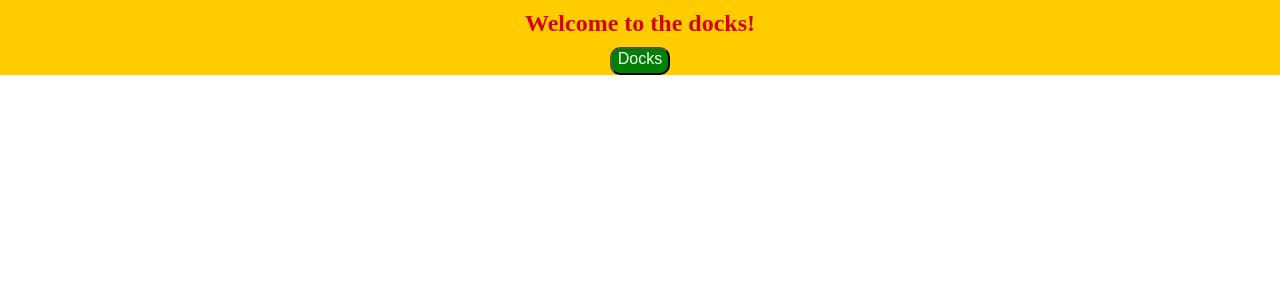
Repository: charliejp0311/java-final-proj
Page: dockWalk-frontend/index.html
An editor plug-in stored every save of this project. The page is shown before and after the next save, followed by the edit.
The browser window is 1280 px wide. The pictures show the whole page.
The page's requests for data from a server got no answer.

Above is the page before, as saved 2020-08-27 16:21:35.

After the next save:
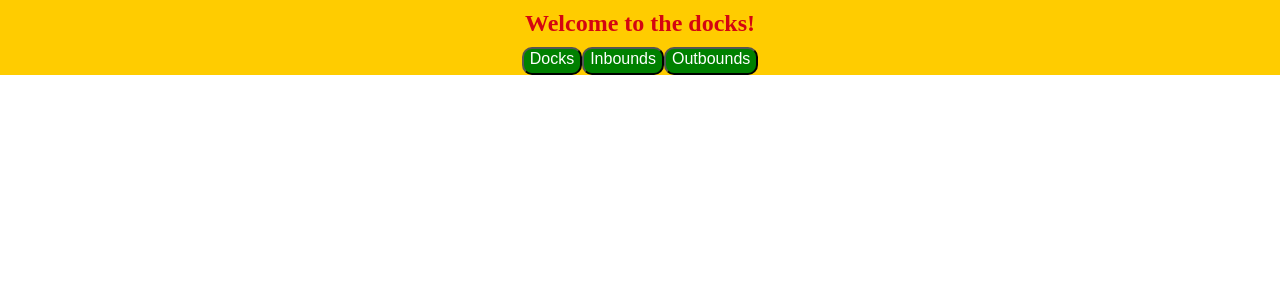
Saved 3 min 8 s later.
--- a/dockWalk-frontend/src/index.js
+++ b/dockWalk-frontend/src/index.js
@@ -3,5 +3,11 @@ document.addEventListener("DOMContentLoaded", function () {
     let button1 = document.createElement('button')
     button1.innerText = "Docks"
     button1.addEventListener('click',fetchDocks())
+    let button2 = document.createElement('button')
+    button2.innerText = "Inbounds"
+    let button3 = document.createElement('button')
+    button3.innerText = "Outbounds"
     h.appendChild(button1)
+    h.appendChild(button2)
+    h.appendChild(button3)
 });
